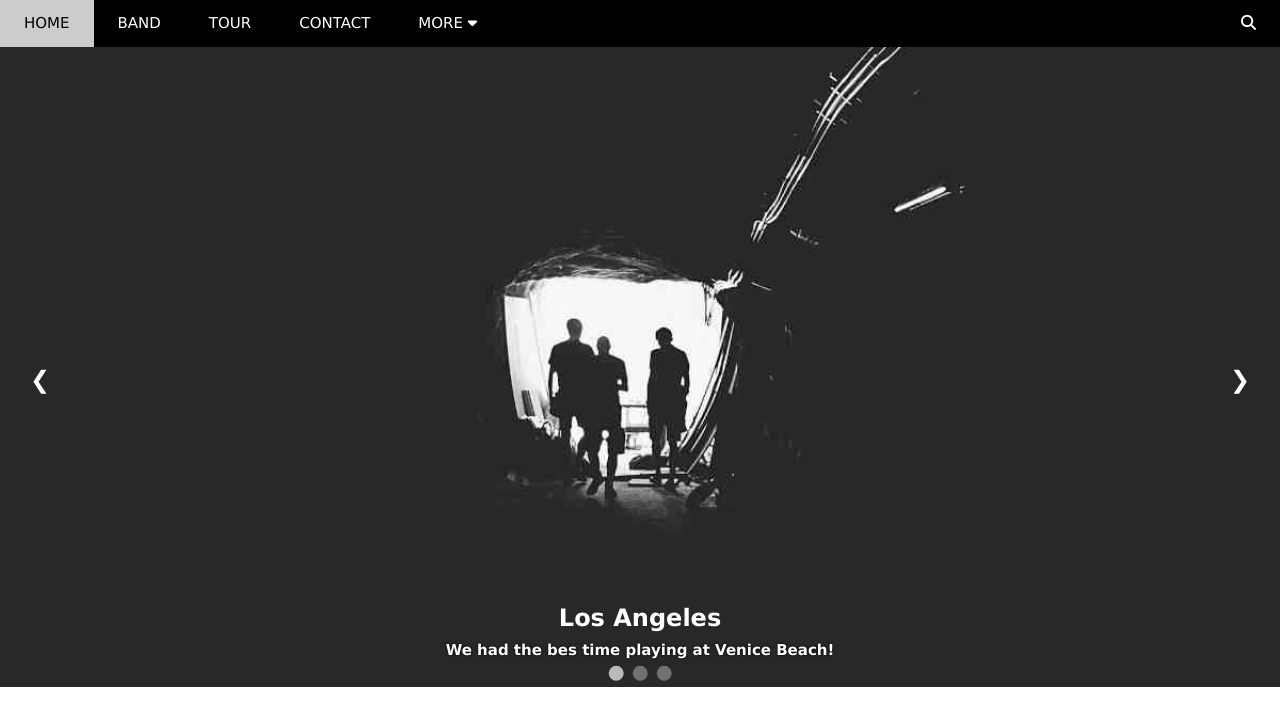
Repository: tam1512/The-Band
Page: index.html
The author's editor kept a copy of each file at every save. The page is drawn from the files as they stood at one save, then again after the next save.
The browser window is 1280 px wide. The pictures show the whole page.
Some web libraries are served in a nearby version.

Above is the page before, as saved 2022-07-23 03:33:23.

### index.html
<!DOCTYPE html>
<html lang="en">
  <head>
    <meta charset="UTF-8" />
    <meta http-equiv="X-UA-Compatible" content="IE=edge" />
    <meta name="viewport" content="width=device-width, initial-scale=1.0" />
    <link
      rel="stylesheet"
      href="https://cdnjs.cloudflare.com/ajax/libs/font-awesome/6.1.1/css/all.min.css"
      integrity="sha512-KfkfwYDsLkIlwQp6LFnl8zNdLGxu9YAA1QvwINks4PhcElQSvqcyVLLD9aMhXd13uQjoXtEKNosOWaZqXgel0g=="
      crossorigin="anonymous"
      referrerpolicy="no-referrer"
    />
    <link rel="stylesheet" href="./assets/css/style.css" />
    <title>The Band</title>
  </head>
  <body>
    <div class="container">
      <div class="header" id="home">
        <ul id="nav">
          <li><a href="#home">HOME</a></li>
          <li><a href="#band">BAND</a></li>
          <li><a href="#tour">TOUR</a></li>
          <li><a href="#contact">CONTACT</a></li>
          <li class="dropdown">
            <a href="javascript:void(0)" class="dropbtn">
              MORE
              <i class="fa-solid fa-caret-down"></i>
            </a>
            <div class="dropdown-content">
              <a href="#">Merchandise</a>
              <a href="#">Extras</a>
              <a href="#">Media</a>
            </div>
          </li>
        </ul>
        <div id="search">
          <i class="fa-solid fa-magnifying-glass color-white"></i>
        </div>
      </div>
      <!-- Slideshow container -->
      <div class="slideshow-container">
        <!-- Full-width image with caption text -->
        <div class="mySlides fade">
          <img src="assets/img/la.jpg" alt="Los Angeles" />
          <div class="text padding-32-16 color-white">
            <h3 class="fz-24 margin-10">Los Angeles</h3>
            <p>
              <b class="text-shadow">We had the bes time playing at Venice Beach!</b>
            </p>
          </div>
        </div>

        <div class="mySlides fade">
          <img src="assets/img/ny.jpg" alt="New York" />
          <div class="text padding-32-16 color-white">
            <h3 class="fz-24 margin-10">New York</h3>
            <p>
              <b class="text-shadow">The atmosphere in New York is lorem ipsum.</b>
            </p>
          </div>
        </div>

        <div class="mySlides fade">
          <img src="assets/img/chicago.jpg" alt="Chicago" />
          <div class="text padding-32-16 color-white">
            <h3 class="fz-24 margin-10">Chicago</h3>
            <p>
              <b class="text-shadow">Thank you, Chicago - A night we won't forget</b>
            </p>
          </div>
        </div>

        <!-- Next and previous buttons -->
        <a class="prev" onclick="plusSlides(-1)">&#10094</a>
        <a class="next" onclick="plusSlides(1)">&#10095</a>

       <!-- The dots/circles -->
        <div class="dots">
          <span class="dot" onclick="currentSlide(1)"></span>
          <span class="dot" onclick="currentSlide(2)"></span>
          <span class="dot" onclick="currentSlide(3)"></span>
        </div>
      </div>
      <br>


    </div>

    <script src="assets/js/js.js"></script>
  </body>
</html>

### assets/css/style.css
:root {
}

* {
  padding: 0;
  margin: 0;
  box-sizing: border-box;
}

body {
  font-family: Verdana, sans-serif;
  font-size: 15px;
  line-height: 22.5px;
}

.fz-24 {
  font-size: 24px;
}

.fz-30 {
  font-size: 30px;
}

.color-white {
  color: white;
}

.padding-64-16 {
  padding: 64px 16px !important;
}

.padding-32-16 {
  padding: 32px 16px !important;
}

.margin-0-24 {
  margin: 0 24px !important;
}

.margin-10 {
  margin: 10px 0 !important;
}

.text-shadow {
  text-shadow: 0 0 3px #000;
}

.header {
  position: fixed;
  top: 0;
  right: 0;
  left: 0;
  z-index: 2;
}

#nav {
  list-style-type: none;
  background-color: #000;
  overflow: hidden;
}

#nav > li {
  float: left;
}

#nav > li > a,
.dropbtn {
  display: inline-block;
  padding: 12px 24px;
  text-align: center;
  color: #fff;
  text-decoration: none;
}

#nav > li > a:hover,
.dropdown:hover,
.dropbtn:hover,
.dropdown-content a:hover {
  background-color: #ccc;
  color: black;
}

li.dropdown {
  display: inline-block;
  /* position: relative; */
}

.dropdown-content {
  display: none;
  position: absolute;
  min-width: 160px;
  background-color: #fff;
  box-shadow: 0px 8px 16px 0px rgba(0, 0, 0, 0.2);
  z-index: 1;
}

.dropdown-content a {
  color: #000 !important;
  text-align: left;
  padding: 8px 16px;
  display: block;
  text-decoration: none;
}

.dropdown:hover .dropdown-content {
  display: block;
}

#search {
  position: absolute;
  top: 0;
  right: 0;
  padding: 12px 24px;
}

#search:hover {
  background-color: #f44336;
}

/* Slider */
/* Slideshow container */
.slideshow-container {
  max-width: 100%;
  height: auto;
  position: relative;
  top: 47px;
  margin: auto;
}

/* Hide the images by default */
.mySlides {
  display: block;
}

.mySlides img {
  width: 100%;
  height: 100%;
}

/* Next & previous buttons */
.prev,
.next {
  cursor: pointer;
  position: absolute;
  top: 50%;
  transform: translate(0, -50%);
  margin: 10px;
  padding: 24px 20px;
  color: #fff;
  font-weight: bold;
  font-size: 24px;
  transition: background-color 0.6s ease;
  border-radius: 5px 5px 5px 5px;
  user-select: none;
}

/* Position the "next button" to the right */
.next {
  right: 0;
  border-radius: 5px 5px 5px 5px;
}

/* On hover, add a black backgroound color with a little bit see-through */
.prev:hover,
.next:hover {
  background-color: rgba(191, 191, 191, 0.6);
  color: rgb(26, 23, 23);
  font-weight: bolder;
}

/* Caption text */
.text {
  position: absolute;
  left: 50%;
  transform: translate(-50%, -100%);
  text-align: center;
}

.dots {
  position: absolute;
  left: 50%;
  transform: translate(-50%, -130%);
}

.dot {
  cursor: pointer;
  height: 15px;
  width: 15px;
  margin: 0 2px;
  background-color: #717171;
  border-radius: 50%;
  display: inline-block;
  transition: background-color 0.6s ease;
}

.active,
.dot:hover {
  background-color: #bbb;
}

/* Fading animation */
.fade {
  animation-name: fade;
  animation-duration: 1.5s;
}

@keyframes fade {
  from {
    opacity: 0.4;
  }
  to {
    opacity: 1;
  }
}

### assets/js/js.js
let slideIndex = 1;

showSlides(slideIndex);

// Next/previous controls (set value 1 and -1 in html)
function plusSlides(n) {
  showSlides((slideIndex += n));
}

// Cotrol image with dot (set value 1 to slides.lenght in html)
function currentSlide(n) {
  showSlides((slideIndex = n));
}

//Show slide
function showSlides(n) {
  let i;

  //lấy 2 mảng chứa các phần tử tương thích với các slide
  let slides = document.getElementsByClassName("mySlides");
  let dots = document.getElementsByClassName("dot");

  //xử lý giá trị truyền vào;
  if (n > slides.length) {
    slideIndex = 1;
  }

  if (n < 1) {
    slideIndex = slides.length;
  }

  //Đảm bảo tất cả các slide đều bị ẩn
  for (i = 0; i < slides.length; i++) {
    slides[i].style.display = "none";
  }

  //Đảm bảo không có dot nào active
  for (i = 0; i < dots.length; i++) {
    dots[i].className = dots[i].className.replace(" active", "");
  }
  //Chỉ Hiển thị slide và dot hiện hành
  slides[slideIndex - 1].style.display = "block";
  dots[slideIndex - 1].className += " active";

  setTimeout(showSlides, 2000);
}

After the next save:
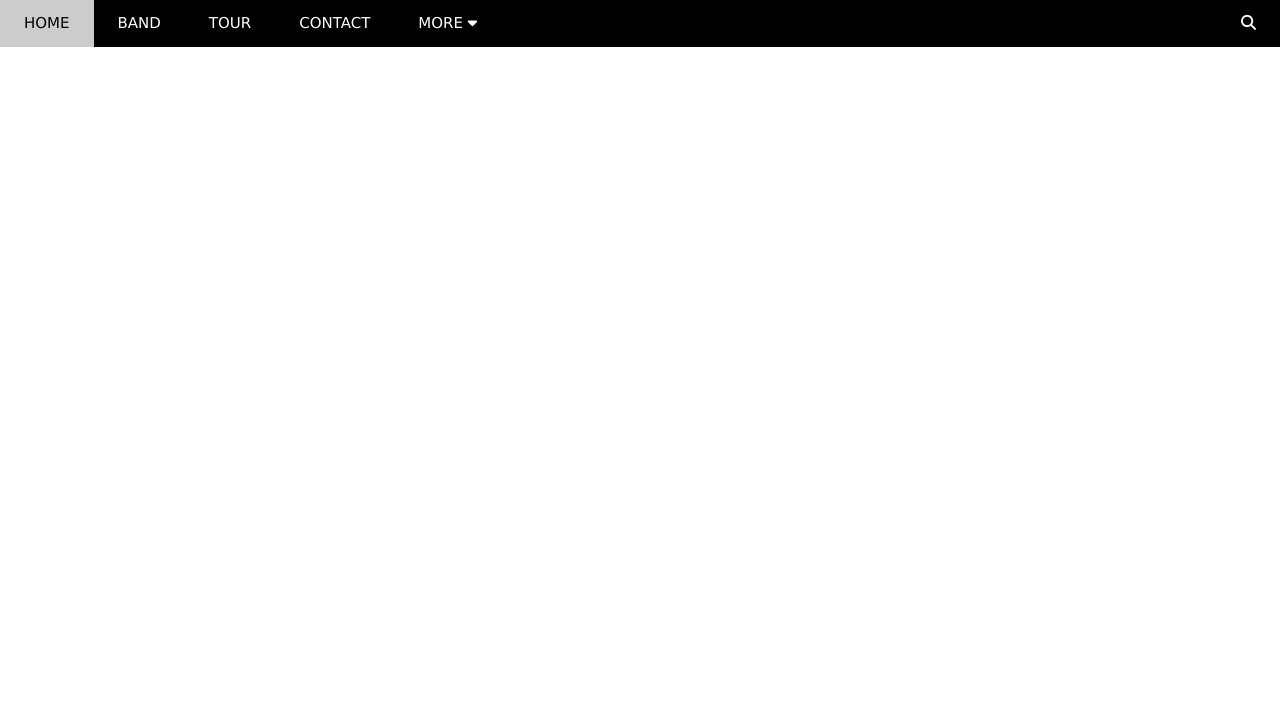
Console error: RangeError: Maximum call stack size exceeded
Saved 24 s later.
--- a/assets/js/js.js
+++ b/assets/js/js.js
@@ -42,5 +42,5 @@
   slides[slideIndex - 1].style.display = "block";
   dots[slideIndex - 1].className += " active";
 
-  setTimeout(showSlides, 2000);
+  setTimeout(showSlides(++n), 2000);
 }

After the 2 saves that followed:
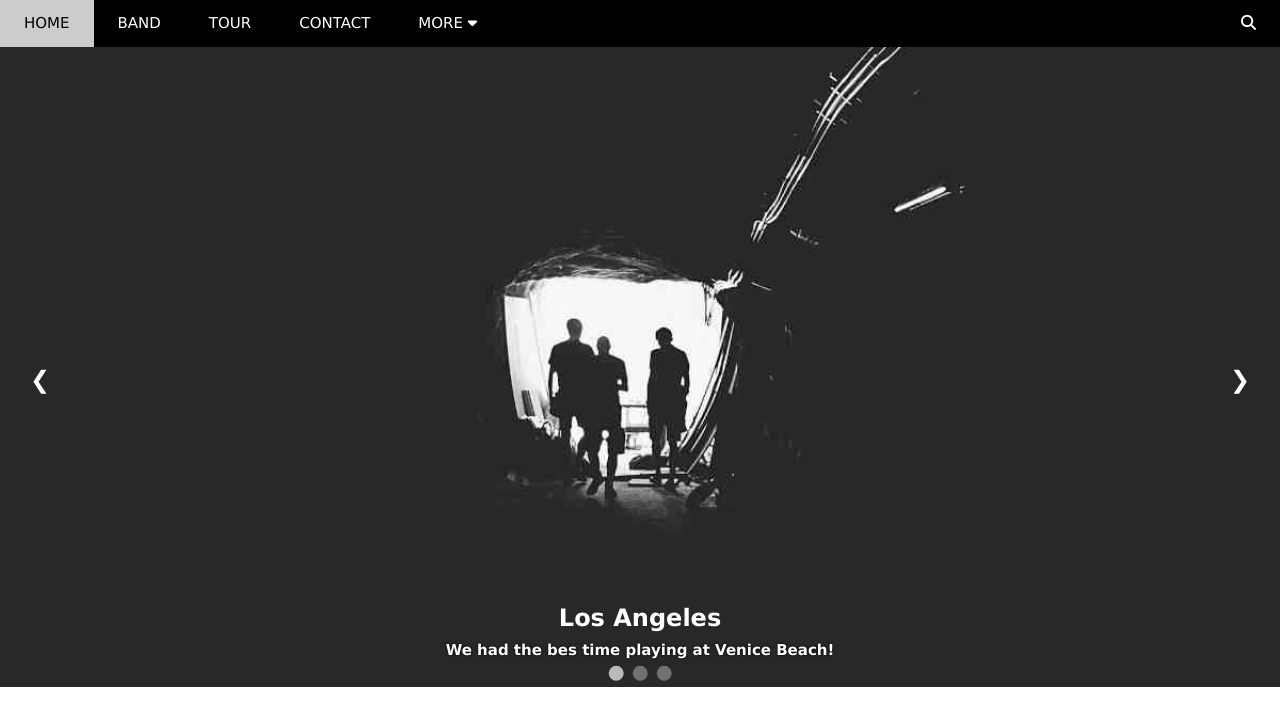
The error is gone.
The 2 saves are shown as one change because 1 left the picture as it was.
The last was saved 33 s later.
--- a/assets/js/js.js
+++ b/assets/js/js.js
@@ -41,6 +41,4 @@
   //Chỉ Hiển thị slide và dot hiện hành
   slides[slideIndex - 1].style.display = "block";
   dots[slideIndex - 1].className += " active";
-
-  setTimeout(showSlides(++n), 2000);
 }
